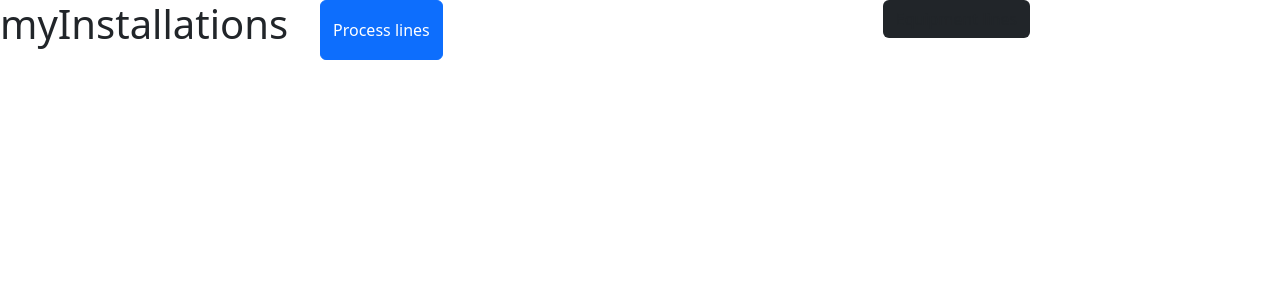
Repository: sreech465/evin3
Page: /equipment
The author's editor kept a copy of each file at every save. The page is drawn from the files as they stood at one save, then again after the next save.
The browser window is 1280 px wide. The pictures show the whole page.
The page's requests for data from a server got no answer. The project was rebuilt for these pictures with package versions that can differ from the ones it lists, and the page was loaded fresh each time. No one was signed in, and anything a server would have sent is missing. Also part of the build but not shown: src/Login.js, src/Display.js, src/Details.js, src/CustomSearchBar.js, src/Process.js, src/Learning.js, src/ProcessDetails.js, src/EquipDetails.js.

Above is the page before, as saved 2022-10-29 08:24:17.

### src/index.js
import React from "react";
import ReactDOM from "react-dom/client";
import "./index.css";
import App from "./App";
import reportWebVitals from "./reportWebVitals";
import { Provider } from "react-redux";
import store from "./store";
import "bootstrap/dist/css/bootstrap.min.css";
const root = ReactDOM.createRoot(document.getElementById("root"));
root.render(
  <React.StrictMode>
    <Provider store={store}>
      <App />
    </Provider>
  </React.StrictMode>
);

// If you want to start measuring performance in your app, pass a function
// to log results (for example: reportWebVitals(console.log))
// or send to an analytics endpoint. Learn more: https://bit.ly/CRA-vitals
reportWebVitals();

### src/App.js
import React from "react";
import { Routes, Route } from "react-router-dom";
import { BrowserRouter } from "react-router-dom";
import Login from "./Login";
import Display from "./Display";
import Details from "./Details";
import Process from "./Process";
import Equipment from "./Equipment";
import Learning from "./Learning";
import ProcessDetails from "./ProcessDetails";
import EquipDetails from "./EquipDetails";

const App = () => {
  return (
    <div className="App">
      <BrowserRouter>
        <Routes>
          <Route path="/" element={<Login />} />
          <Route path="/display" element={<Display />} />
          <Route path="/details" element={<Details />} />
          <Route path="/pdetails" element={<Process />} />
          <Route path="/elearning" element={<Learning />} />
          <Route path="/equipment" element={<Equipment />} />
          <Route path="/pdetails/:id" element={<ProcessDetails />} />
          <Route path="/equipment/:id" element={<EquipDetails />} />
        </Routes>
      </BrowserRouter>
    </div>
  );
};

export default App;

### src/store.js
import { applyMiddleware, createStore } from "redux";
import thunk from "redux-thunk";

import { singleReducer } from "./combineReducer";

const store = createStore(singleReducer, applyMiddleware(thunk));

export default store;

### src/Equipment.js
import React, { useEffect } from "react";
import { useSelector, useDispatch } from "react-redux";
import { getEquipmentDetails } from "./Actions";
import Headertabs from "./Headertabs";
import { Link } from "react-router-dom";

const Equipment = () => {
  const dispatch = useDispatch();

  const access_token = useSelector(
    (state) => state.LoginReducer.auth.access_token
  );

  const EquipmentList = useSelector((state) => state.EquipmentReducer.Data102);
  console.log(EquipmentList);

  useEffect(() => {
    dispatch(getEquipmentDetails(access_token));
  }, []);

  return (
    <>
      <Headertabs />
      {/* <div>
        <Routes>
          <Route path="/equipment" element={<Equipment />} />
        </Routes>
      </div> */}

      <>
        {EquipmentList &&
          EquipmentList.data.results.length > 0 &&
          EquipmentList.data.results.map((element) => {
            return (
              <>
                <div class="card" style={{ display: "flex" }}>
                  <img
                    style={{ width: 70, height: 40 }}
                    class="card-img-top"
                    src={element.equipment_image}
                    alt="Card image cap"
                  />
                  <div class="card-body">
                    <h5 class="card-title">{element.equipment_id}</h5>
                    <p class="card-text">
                      {element.line_org_location} {element.installed_by_name}.
                    </p>
                    <Link to={`/equipment/${element.id}`}>
                      <button class="btn btn-primary">Details</button>
                    </Link>
                  </div>
                </div>
              </>
            );
          })}
      </>
      {/* ) : ( "loading" ); */}
    </>
  );
};

export default Equipment;

### src/combineReducer.js
import { combineReducers } from "redux";
import {
  equipmentReducer,
  equipmentReducer1,
  LoginReducer,
  processReducer,
  processReducer1,
  projectReducer,
} from "./Reducer";

export const singleReducer = combineReducers({
  LoginReducer: LoginReducer,
  ProjectReducer: projectReducer,
  ProcessReducer: processReducer,
  ProcessReducer1: processReducer1,
  EquipmentReducer: equipmentReducer,
  EquipmentReducer1: equipmentReducer1,
});

### src/Actions.js
import axios from "axios";

import {
  LOGIN_SUCESS,
  PROCESS_SUCESS,
  PROJECT_SUCESSC,
  EQUIPMENT_SUCESS,
  EQUIPMENT_SUCESSC,
  PROJECT_SUCESS,
} from "./types";

const apiBaseUrl = "http://52.139.224.15:81/account/";
const adminbaseurl = "http://52.139.224.15:81/";
const baseUrl = "http://52.139.224.15:81/account/login/";

export const loginAction = (username, password, navigate) => {
  console.log(username, password, "action");
  return async (dispatch) => {
    const formData = {
      username: username,
      password: password,
    };

    try {
      await axios.post(baseUrl, formData).then((response) => {
        console.log("response from api", response.data);
        if (response.status == 200) {
          dispatch({ type: LOGIN_SUCESS, payload: response.data });
          navigate("/display");
        }
      });
    } catch (err) {
      console.log(err);
    }
  };
};

export const getProjectDetails = (access_token) => {
  console.log(access_token);
  return async (dispatch) => {
    let config = {
      headers: { Authorization: `Bearer ${access_token}` },
    };

    try {
      await axios
        .get(
          "http://52.139.224.15:81/my_project_list/?search=&page=1&ordering=-id&project_status=&solution_org=",
          config
        )
        .then((response) => {
          console.log("response from api", response);
          if (response.status == 200) {
            dispatch({ type: PROCESS_SUCESS, payload: response });
          }
        });
    } catch (err) {
      console.log(err);
    }
  };
};

export const getProcesslines = (access_token) => {
  console.log(access_token);
  return async (dispatch) => {
    let config = {
      headers: { Authorization: `Bearer ${access_token}` },
    };

    try {
      await axios
        .get(
          "http://52.139.224.15:81/end_user/process_line/?primary_product=all&org_location=&query=&page=1&sort_by=-id&installed_by=",
          config
        )
        .then((response) => {
          console.log("response from api", response);
          if (response.status == 200) {
            dispatch({ type: PROJECT_SUCESS, payload: response });
          }
        });
    } catch (err) {
      console.log(err);
    }
  };
};

export const getProcesslines1 = (access_token, id) => {
  console.log(access_token);
  console.log(id);

  return async (dispatch) => {
    let config = {
      headers: { Authorization: `Bearer ${access_token}` },
    };

    try {
      await axios
        .get(
          `http://52.139.224.15:81/end_user/process_line/?line_id=${id}`,
          config
        )
        .then((response) => {
          console.log("response from api", response);
          if (response.status == 200) {
            dispatch({ type: PROJECT_SUCESSC, payload: response });
          }
        });
    } catch (err) {
      console.log(err);
    }
  };
};

export const getEquipmentDetails = (access_token) => {
  console.log(access_token);
  return async (dispatch) => {
    let config = {
      headers: { Authorization: `Bearer ${access_token}` },
    };

    try {
      await axios
        .get(
          "http://52.139.224.15:81/tagged_equipment_list/?search=&page=1&ordering=-status&process_line__org_location__name=&process_line__name=&system=&oem_org_id=&process_line__primary_product_ref__name=&equipment_select=&process_line__installed_by=",
          config
        )
        .then((response) => {
          console.log("response from api", response);
          if (response.status == 200) {
            dispatch({ type: EQUIPMENT_SUCESS, payload: response });
          }
        });
    } catch (err) {
      console.log(err);
    }
  };
};

export const getEquipmentDetails1 = (access_token, id) => {
  console.log(access_token);
  console.log(id);
  return async (dispatch) => {
    let config = {
      headers: { Authorization: `Bearer ${access_token}` },
    };

    try {
      await axios
        .get(
          `http://52.139.224.15:81/tagged_equipment_list/?installed_equipment_id=${id}`,
          config
        )
        .then((response) => {
          console.log("response from api", response);
          if (response.status == 200) {
            dispatch({ type: EQUIPMENT_SUCESSC, payload: response });
          }
        });
    } catch (err) {
      console.log(err);
    }
  };
};

### src/Headertabs.js
import React from "react";
import "./styles.css";
import { Link } from "react-router-dom";

const Headertabs = () => {
  return (
    <>
      <div style={{ display: "flex" }}>
        <h1>myInstallations</h1>
        <nav className="nav">
          <ul
            style={{
              textDecoration: "none",
              display: "flex",
              justifyContent: "space-around",
            }}
          >
            <li style={{ listStyleType: "none" }}>
              <Link to="/pdetails">
                <button style={{ height: 60 }} className="btn btn-primary">
                  Process lines
                </button>
              </Link>
            </li>
            <li style={{ listStyleType: "none", marginLeft: 440 }}>
              <Link to="/equipment">
                <button className="btn btn-text-white bg-dark">
                  Equipment lines
                </button>
              </Link>
            </li>
          </ul>
        </nav>
      </div>
    </>
  );
};

export default Headertabs;

### src/Reducer.js
import {
  EQUIPMENT_SUCESS,
  EQUIPMENT_SUCESSC,
  LOGIN_SUCESS,
  PROCESS_SUCESS,
  PROJECT_SUCESS,
  PROJECT_SUCESSC,
} from "./types";
const initialState = {
  auth: {
    access_token: "",
    username: "",
    role_permissions: [],
  },
  Data100: "",
};

export const LoginReducer = (state = initialState, action) => {
  // console.log(action);

  switch (action.type) {
    case LOGIN_SUCESS:
      return {
        ...state,

        auth: action.payload,
      };

    default:
      return state;
  }
};

export const projectReducer = (state = initialState, action) => {
  // console.log(action);

  switch (action.type) {
    case PROCESS_SUCESS:
      return {
        ...state,

        Data100: action.payload,
      };

    default:
      return state;
  }
};

export const processReducer = (state = initialState, action) => {
  // console.log(action);

  switch (action.type) {
    case PROJECT_SUCESS:
      return {
        ...state,

        Data101: action.payload,
      };

    default:
      return state;
  }
};

export const processReducer1 = (state = initialState, action) => {
  // console.log(action);

  switch (action.type) {
    case PROJECT_SUCESSC:
      return {
        ...state,

        TOM: action.payload,
      };

    default:
      return state;
  }
};

export const equipmentReducer = (state = initialState, action) => {
  // console.log(action);

  switch (action.type) {
    case EQUIPMENT_SUCESS:
      return {
        ...state,

        Data102: action.payload,
      };

    default:
      return state;
  }
};

export const equipmentReducer1 = (state = initialState, action) => {
  // console.log(action);

  switch (action.type) {
    case EQUIPMENT_SUCESSC:
      return {
        ...state,

        JERRY: action.payload,
      };

    default:
      return state;
  }
};

### src/types.js
export const LOGIN_SUCESS = "LOGIN_SUCESS";
export const PROCESS_SUCESS = "PROCESS_SUCESS";
export const PROJECT_SUCESS = "PROJECT_SUCESS";
export const EQUIPMENT_SUCESS = "EQUIPMENT_SUCESS";
export const EQUIPMENT_SUCESSC = "EQUIPMENT_SUCESSC";
export const PROJECT_SUCESSC = "PROJECT_SUCESSC";

### src/styles.css
* {
    box-sizing: border-box;
}

body {
    margin:0;

}

.nav {
    background-color:'white';
    color:white;
    display: flex;
    justify-content: space-between;
    align-items: center;
    gap: 2rem;
    padding: 0 1rem;
}

.nav a {
    color:inherit
}

Loaded but not shown: public/index.html (common file); src/index.css (common file); src/reportWebVitals.js (common file)

After the next save:
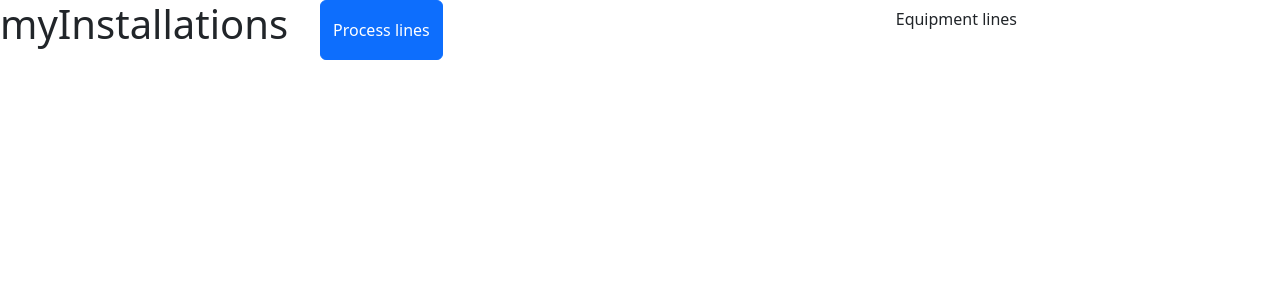
Saved 47 s later.
--- a/src/Headertabs.js
+++ b/src/Headertabs.js
@@ -24,9 +24,7 @@
             </li>
             <li style={{ listStyleType: "none", marginLeft: 440 }}>
               <Link to="/equipment">
-                <button className="btn btn-text-white bg-dark">
-                  Equipment lines
-                </button>
+                <button className="btn btn-bg-dark">Equipment lines</button>
               </Link>
             </li>
           </ul>

After the save that followed:
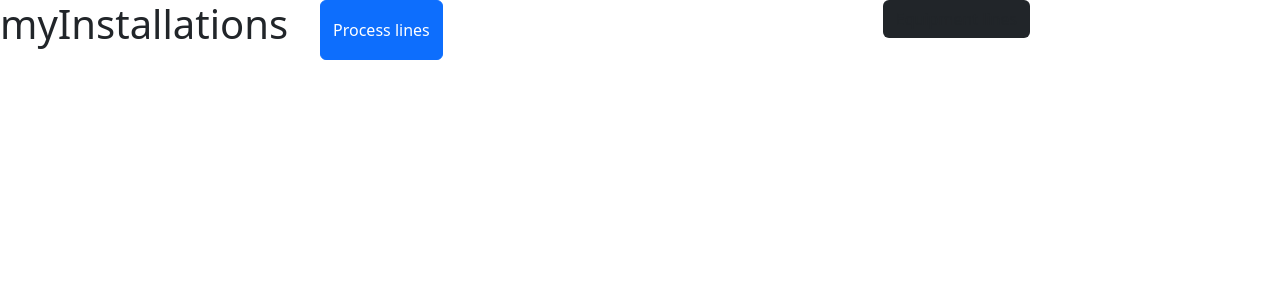
Saved 12 s later.
--- a/src/Headertabs.js
+++ b/src/Headertabs.js
@@ -24,7 +24,9 @@
             </li>
             <li style={{ listStyleType: "none", marginLeft: 440 }}>
               <Link to="/equipment">
-                <button className="btn btn-bg-dark">Equipment lines</button>
+                <button className="btn btn-text-white bg-dark">
+                  Equipment lines
+                </button>
               </Link>
             </li>
           </ul>
